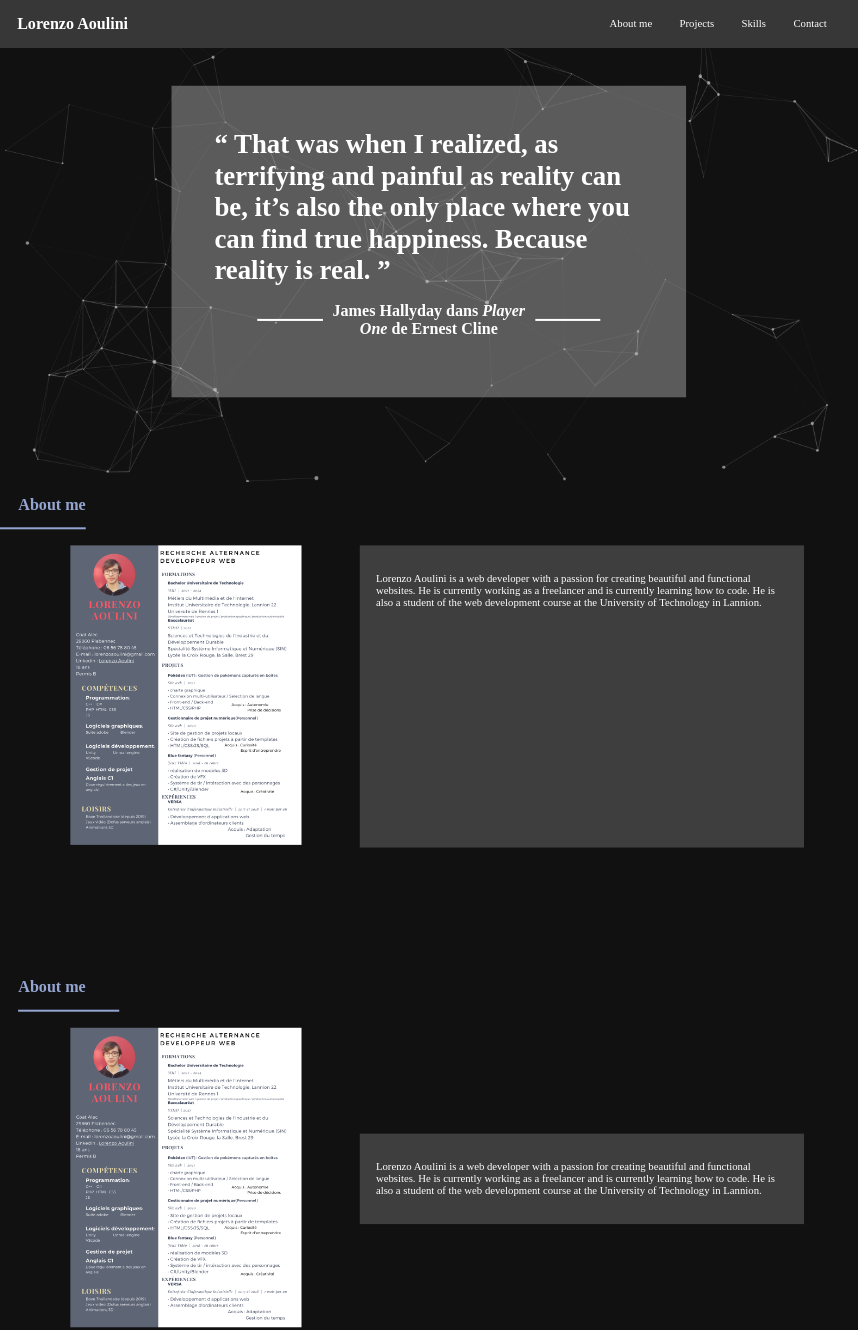
Repository: lolo298/lolo298.github.io
Page: index.html
The author's editor kept a copy of each file at every save. The page is drawn from the files as they stood at one save, then again after the next save.
The browser window is 1280 px wide. The pictures show the whole page, at 67% of full size.

Above is the page before, as saved 2022-05-11 12:50:40.

### index.html
<!DOCTYPE html>
<html lang="en">

<head>
    <meta charset="UTF-8">
    <meta http-equiv="X-UA-Compatible" content="IE=edge">
    <meta name="viewport" content="width=device-width, initial-scale=1.0">
    <link rel="stylesheet" href="css/style.css">
    <script src="js/functions.js"></script>
    <script src="js/particles.js"></script>
    <title>Portfolio</title>
</head>

<body>
    <div id="particles"></div>
    <script>
        /* particlesJS background */
        particlesJS.load('particles', 'assets/particles.json', function() {
            console.log('callback - particles.js config loaded');
        });
    </script>
    <div class="main-container">
        <nav class="main-navbar">
            <h1>Lorenzo Aoulini</h1>
            <div class="main-navbar-list">
                <a class="main-navbar-item" href="#">
                    <div>Contact</div>
                </a>
                <a class="main-navbar-item" href="#">
                    <div>Skills</div>
                </a>
                <a class="main-navbar-item" href="#">
                    <div>Projects</div>
                </a>
                <a class="main-navbar-item" href="#">
                    <div>About me</div>
                </a>
            </div>

        </nav>
        <div class="landing">
            <div class="quote-container">
                <div class="quote-text">
                    <q>
                    That was when I realized, as terrifying and painful as reality can be, it’s also the only place where you can find true happiness. Because reality is real.
                </q>
                </div>
                <div class="author">
                    <div class="author-separation"></div>
                    <div class="author-content">
                        <p>
                            James Hallyday dans
                            <cite>Player One</cite> de Ernest Cline
                        </p>
                    </div>
                    <div class="author-separation"></div>
                </div>

            </div>

        </div>
        <div class="about">
            <div class="title-left">
                <div class="title-content">
                    <div>
                        <h2>About me</h2>
                    </div>
                </div>
                <div class="title-underline-left"></div>
            </div>
            <div class="about-content">
                <div class="cv">
                    <img src="assets/cv.png" alt="mon CV">
                </div>
                <div class="presentation">
                    <p>
                        Lorenzo Aoulini is a web developer with a passion for creating beautiful and functional websites. He is currently working as a freelancer and is currently learning how to code. He is also a student of the web development course at the University of Technology
                        in Lannion.
                    </p>
                </div>
            </div>
        </div>
        <div class="projects">
            <div class="title-right">
                <div class="title-content">
                    <div>
                        <div>
                            <h2>About me</h2>
                        </div>

                    </div>
                    <div class="title-underline-right"></div>
                </div>
            </div>
            <div class="about-content">
                <div class="cv">
                    <img src="assets/cv.png" alt="mon CV">
                </div>
                <div class="presentation">
                    <p>
                        Lorenzo Aoulini is a web developer with a passion for creating beautiful and functional websites. He is currently working as a freelancer and is currently learning how to code. He is also a student of the web development course at the University of Technology
                        in Lannion.
                    </p>
                </div>
            </div>
        </div>
    </div>

</body>

</html>

### css/style.css
html {
    background-color: #111111;
}

body {
    padding: 0;
    margin: 0;
    width: 100vw;
    height: 100vh;
}


/*-------------------*/


/* styling of navbar */


/*-------------------*/

.main-container {
    z-index: 1;
    color: white;
    height: 100%;
    width: 100%;
}

.main-navbar {
    background-color: #373737;
    position: fixed;
    top: 0;
    z-index: 1000;
    height: 10%;
    width: 100%;
    display: flex;
    justify-content: space-between;
    align-items: center;
}

.main-navbar>* {
    margin: 0;
}

.main-navbar>h1 {
    width: 20%;
    margin-left: 2%;
}

.main-navbar-list {
    width: 100%;
    display: flex;
    flex-direction: row-reverse;
    align-items: center;
    list-style: none;
    margin-right: 2%;
    height: 100%;
}

.main-navbar-item {
    display: flex;
    align-items: center;
    justify-content: center;
    text-decoration: none;
    color: white;
    width: max-content;
    height: 100%;
    padding: 0% 2% 0% 2%;
}

.main-navbar-item:hover {
    background-color: #6a6a6a;
}

.main-navbar-item>div {
    width: max-content;
}


/*-------------------------*/


/* styling of landing page */


/*-------------------------*/

.landing {
    height: 100%;
    width: 100%;
    display: flex;
    justify-content: center;
    align-items: center;
}


/*------------------*/


/* styling of quote */


/*------------------*/

.quote-container {
    max-width: 50%;
    width: max-content;
    height: max-content;
    padding: 5%;
    margin: auto;
    display: flex;
    justify-content: center;
    align-items: center;
    flex-direction: column;
    background-color: rgba(196, 196, 196, 0.42);
    z-index: 10;
}

.quote-text {
    font-size: 2.5em;
    font-weight: bold;
}

.author-content {
    font-size: 1.5em;
    font-weight: bold;
    text-align: center;
}

.author {
    width: 80%;
    display: flex;
    flex-direction: row;
    justify-content: space-between;
    align-items: center;
}

.author-separation {
    width: 30%;
    height: 0.5vh;
    background-color: white;
}

#particles canvas {
    display: block;
    /* vertical-align: bottom;
        -webkit-transform: scale(1);
        -ms-transform: scale(1);
        transform: scale(1);
        opacity: 1;
        -webkit-transition: opacity .8s ease, -webkit-transform 1.4s ease;
        transition: opacity .8s ease, transform 1.4s ease */
}

#particles {
    width: 100%;
    height: 100%;
    position: fixed;
    z-index: -10;
    top: 0;
    left: 0;
}


/*-----------------------*/


/* styling of about page */


/*-----------------------*/

.about {
    width: 100%;
    height: 100%;
}

.title-left {
    width: 10%;
    margin-bottom: 2%;
}

.title-underline-left {
    width: 100%;
    height: 0.5vh;
    background-color: #94a5d1;
}

.title-content div {
    display: flex;
    flex-direction: row-reverse;
    color: #94a5d1;
}

.about-content {
    width: auto;
    height: 100%;
    max-height: 62vh;
    margin-left: 2%;
    margin-right: 2%;
    display: flex;
    flex-direction: row;
    justify-content: center;
    align-items: center;
}

.cv {
    margin-left: 2%;
    width: 60vh;
}

.cv img {
    width: 80%;
    height: auto;
}

.presentation {
    width: 50%;
    height: 90%;
    padding: 2%;
    background-color: rgba(126, 126, 126, 0.42);
}

.title-right {
    width: 10%;
    margin-bottom: 2%;
    display: flex;
    flex-direction: row-reverse;
}

.title-underline-right {
    right: 100%;
    width: 150%;
    height: 0.5vh;
    background-color: #94a5d1;
}

Loaded but not shown: assets/particles.json (110 lines, source omitted); js/particles.js (1530 lines, source omitted); js/functions.js (no stored copy; drawn as an empty file)

After the next save:
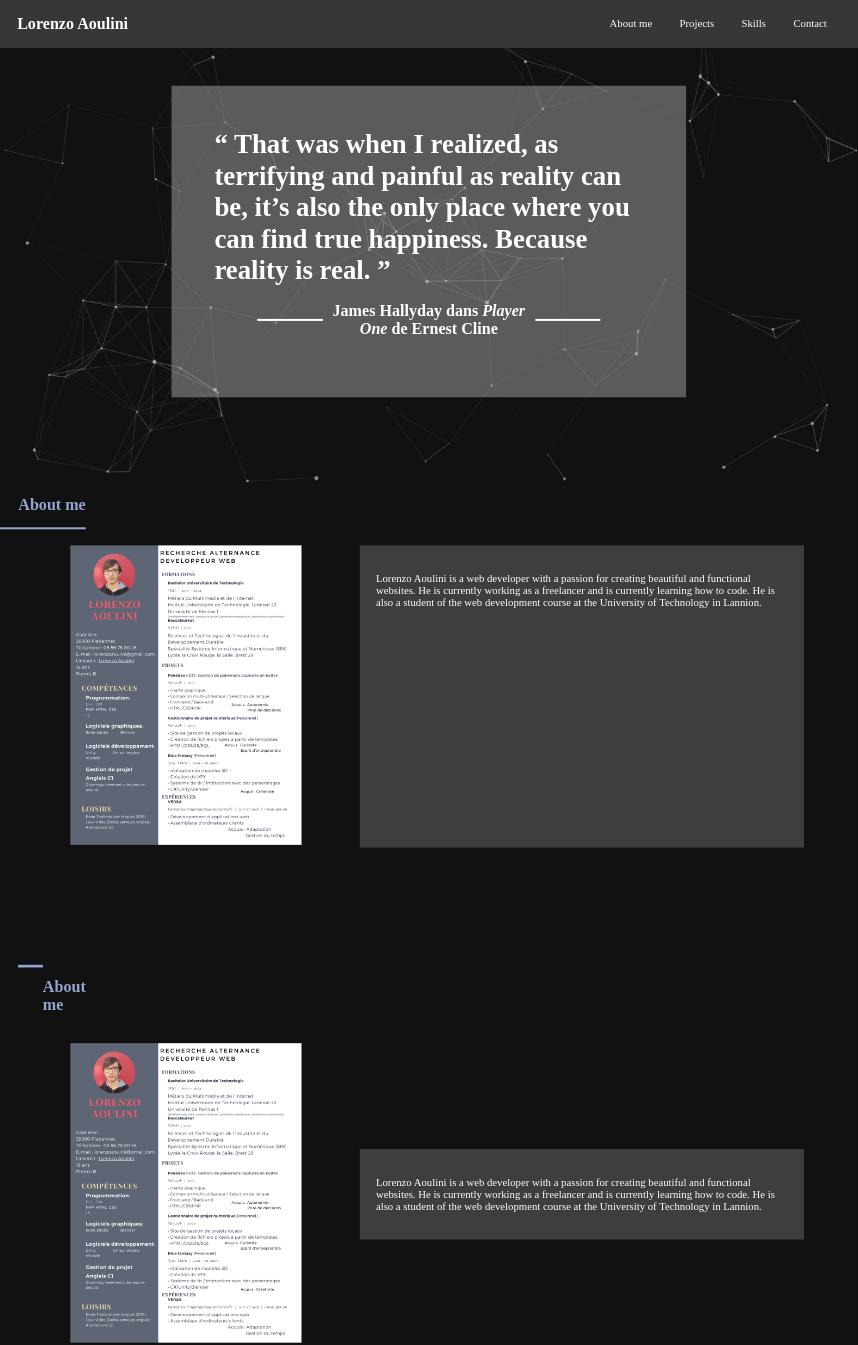
Saved 23 s later.
--- a/index.html
+++ b/index.html
@@ -88,8 +88,9 @@
                             <h2>About me</h2>
                         </div>
 
+
+                        <div class="title-underline-right"></div>
                     </div>
-                    <div class="title-underline-right"></div>
                 </div>
             </div>
             <div class="about-content">

After the 2 saves that followed:
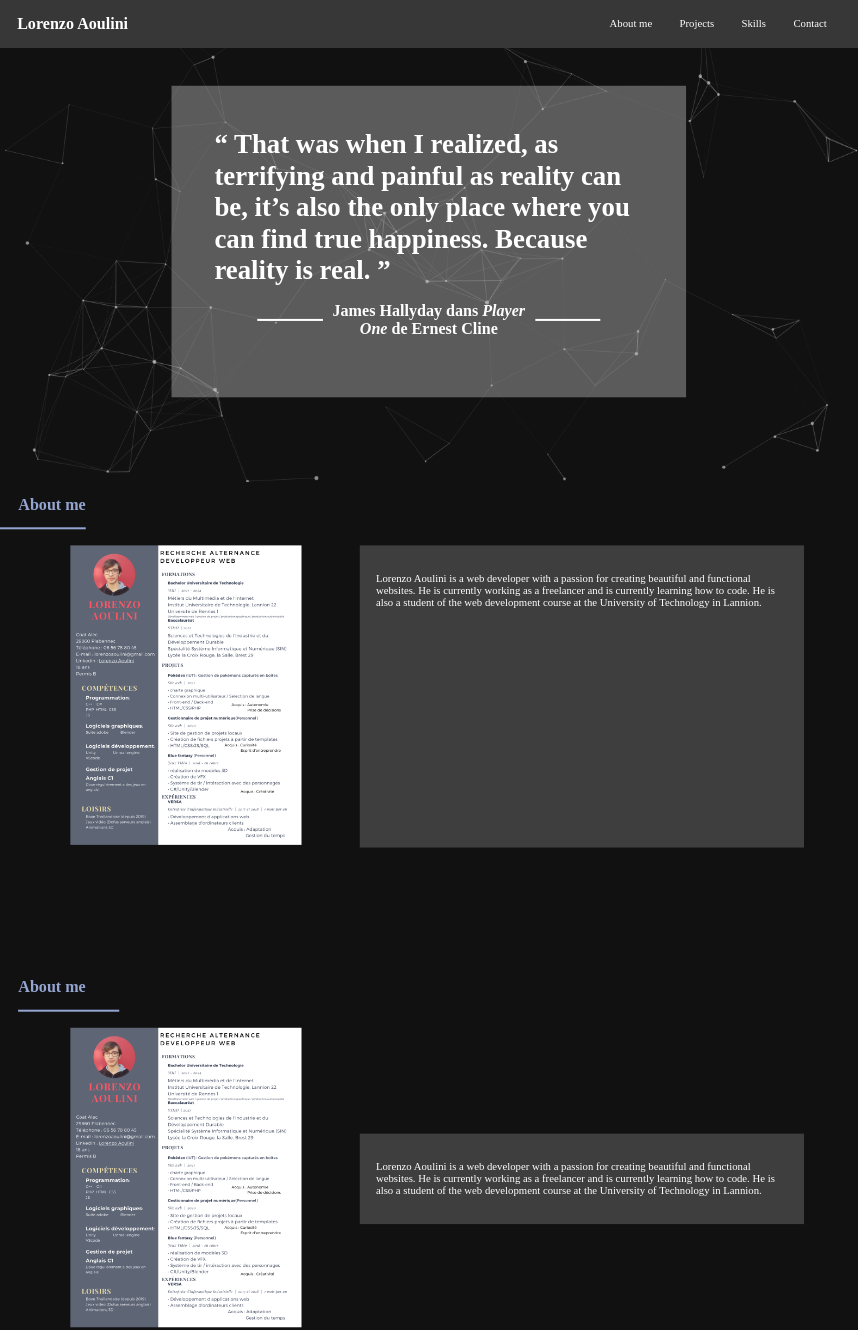
The 2 saves are shown as one change because 1 left the picture as it was.
The last was saved 27 s later.
--- a/index.html
+++ b/index.html
@@ -87,10 +87,9 @@
                         <div>
                             <h2>About me</h2>
                         </div>
+                    </div>
+                    <div class="title-underline-right"></div>
 
-
-                        <div class="title-underline-right"></div>
-                    </div>
                 </div>
             </div>
             <div class="about-content">
